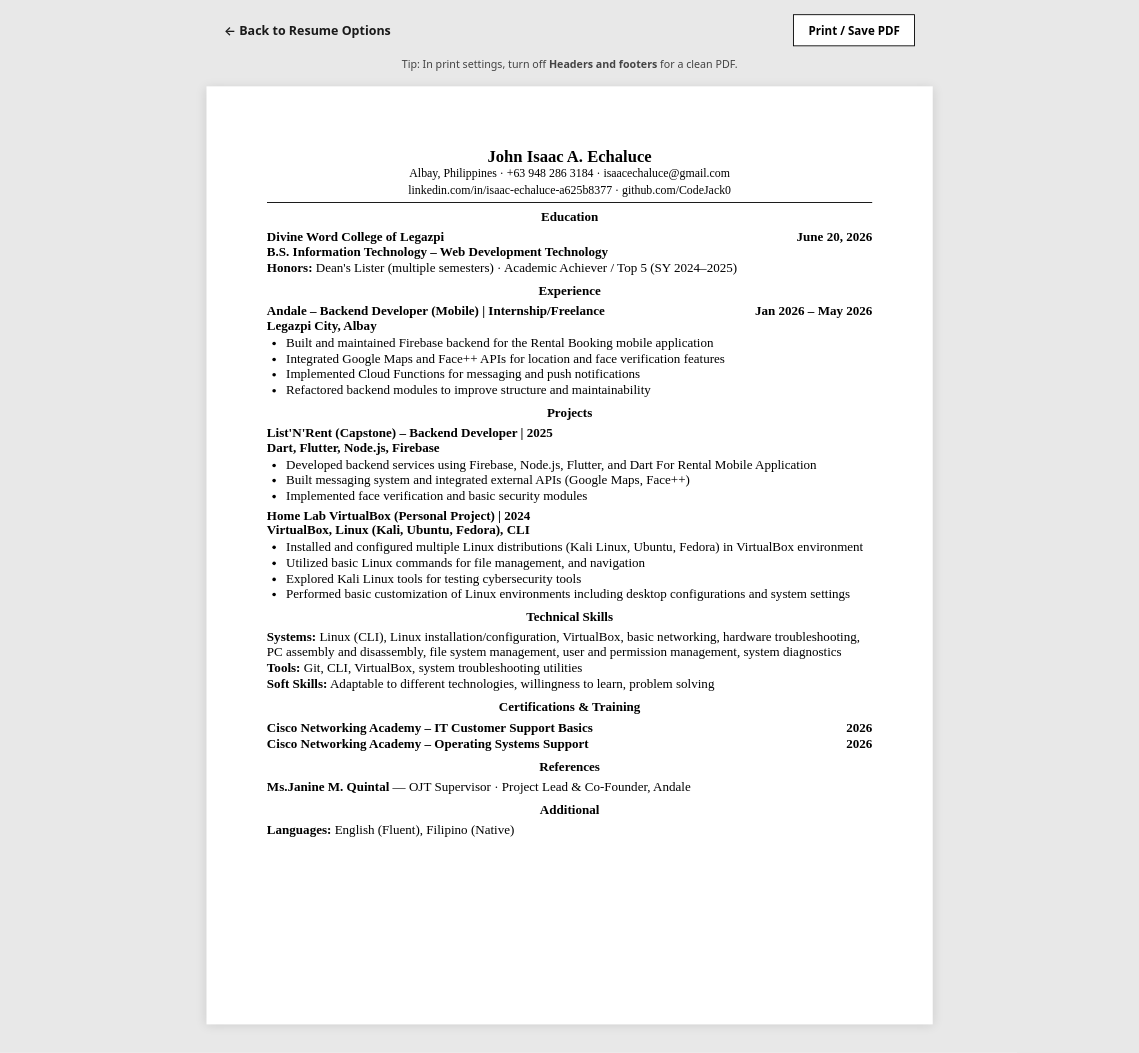
Repository: CodeJack0/Professional_Portfolio
Page: pages/resume_networking.html
An editor plug-in stored every save of this project. The page is shown before and after the next save, followed by the edit.
The browser window is 1280 px wide. The pictures show the whole page, at 89% of full size.

Above is the page before, as saved 2026-06-04 14:00:21.

### pages/resume_networking.html
<!DOCTYPE html>
<html lang="en">
<head>
  <meta charset="UTF-8" />
  <meta name="viewport" content="width=device-width, initial-scale=1.0" />
  <meta name="description" content="Resume / CV — John Isaac A. Echaluce, IT Graduate" />
  <title>Resume</title>
  <link rel="stylesheet" href="../css/resume.css" />
</head>
<body class="resume-page">
  <div class="resume-toolbar no-print">
    <a href="resumes.html" class="toolbar-link">← Back to Resume Options</a>
    <button type="button" class="toolbar-btn" onclick="printResume()">Print / Save PDF</button>
    <p class="print-hint no-print">Tip: In print settings, turn off <strong>Headers and footers</strong> for a clean PDF.</p>
  </div>

  <article class="resume-document" aria-label="Resume">
    <header class="resume-header">
      <h1 class="resume-name">John Isaac A. Echaluce</h1>
      <p class="resume-contact-line">
        Albay, Philippines · <a href="tel:+639482863184">+63 948 286 3184</a> ·
        <a href="mailto:isaacechaluce@gmail.com">isaacechaluce@gmail.com</a>
      </p>
      <p class="resume-contact-line resume-contact-line--links">
        <a href="https://www.linkedin.com/in/isaac-echaluce-a625b8377/" rel="noopener noreferrer">linkedin.com/in/isaac-echaluce-a625b8377</a> ·
        <a href="https://github.com/CodeJack0" rel="noopener noreferrer">github.com/CodeJack0</a>
      </p>
    </header>

    <main class="resume-content">
      <section class="resume-section">
        <h2 class="resume-section-title">Education</h2>

        <div class="entry">
          <div class="entry-row">
            <span class="entry-left"><strong>Divine Word College of Legazpi</strong></span>
            <span class="entry-right">June 20, 2026</span>
          </div>
          <div class="entry-row entry-row--sub">
            <span class="entry-left">B.S. Information Technology – Web Development Technology</span>
          </div>
          <p class="honors-line">
            <strong>Honors:</strong> Dean's Lister (multiple semesters) · Academic Achiever / Top 5 (SY 2024–2025)
          </p>
        </div>
      </section>

      <section class="resume-section">
        <h2 class="resume-section-title">Experience</h2>

        <div class="entry">
          <div class="entry-row">
            <span class="entry-left"><strong>Andale</strong> – Backend Developer (Mobile) | Internship/Freelance</span>
            <span class="entry-right">Jan 2026 – May 2026</span>
          </div>
          <div class="entry-row entry-row--sub">
            <span class="entry-left">Legazpi City, Albay</span>
          </div>
          <ul class="resume-list">
            <li>Built and maintained Firebase backend for the Rental Booking mobile application</li>
            <li>Integrated Google Maps and Face++ APIs for location and face verification features</li>
            <li>Implemented Cloud Functions for messaging and push notifications</li>
            <li>Refactored backend modules to improve structure and maintainability</li>
          </ul>
        </div>
      </section>

      <section class="resume-section">
        <h2 class="resume-section-title">Projects</h2>

        <div class="entry">
          <div class="entry-row">
            <span class="entry-left"><strong>List'N'Rent</strong> (Capstone) – Backend Developer | 2025</span>
            <span class="entry-right"></span>
          </div>
          <div class="entry-row entry-row--sub">
            <span class="entry-left">Dart, Flutter, Node.js, Firebase</span>
          </div>
          <ul class="resume-list">
            <li>Developed backend services using Firebase, Node.js, Flutter, and Dart For Rental Mobile Application</li>
            <li>Built messaging system and integrated external APIs (Google Maps, Face++)</li>
            <li>Implemented face verification and basic security modules</li>
          </ul>
        </div>

        <div class="entry">
          <div class="entry-row">
            <span class="entry-left"><strong>Home Lab VirtualBox</strong> (Personal Project) | 2024</span>
            <span class="entry-right"></span>
          </div>
          <div class="entry-row entry-row--sub">
            <span class="entry-left">VirtualBox, Linux (Kali, Ubuntu, Fedora), CLI</span>
          </div>
          <ul class="resume-list">
            <li>Installed and configured multiple Linux distributions (Kali Linux, Ubuntu, Fedora) in VirtualBox environment</li>
            <li>Utilized basic Linux commands for  file management, and navigation</li>
            <li>Explored Kali Linux tools for testing cybersecurity tools</li>
            <li>Performed basic customization of Linux environments including desktop configurations and system settings</li>
          </ul>
        </div>


      <section class="resume-section">
        <h2 class="resume-section-title">Technical Skills</h2>
        <p class="skills-line"><strong>Systems:</strong> Linux (CLI), Linux installation/configuration, VirtualBox, basic networking, hardware troubleshooting, PC assembly and disassembly, file system management, user and permission management, system diagnostics</p>
        <p class="skills-line"><strong>Tools:</strong> Git, CLI, VirtualBox, system troubleshooting utilities</p>
        <p class="skills-line"><strong>Soft Skills:</strong> Adaptable to different technologies, willingness to learn, problem solving</p>
      </section>

      <section class="resume-section">
        <h2 class="resume-section-title">Certifications & Training</h2>

        <div class="entry entry--compact">
          <div class="entry-row">
            <span class="entry-left">Cisco Networking Academy – IT Customer Support Basics</span>
            <span class="entry-right">2026</span>
          </div>
        </div>

        <div class="entry entry--compact">
          <div class="entry-row">
            <span class="entry-left">Cisco Networking Academy – Operating Systems Support</span>
            <span class="entry-right">2026</span>
          </div>
        </div>
      </section>

      <section class="resume-section resume-section--combined">
        <div class="resume-two-col">
          <div>
            <h2 class="resume-section-title">References</h2>
            <p class="skills-line"><strong>Ms.Janine M. Quintal</strong> — OJT Supervisor · Project Lead &amp; Co-Founder, Andale</p>
          </div>
          <div>
            <h2 class="resume-section-title">Additional</h2>
            <p class="skills-line"><strong>Languages:</strong> English (Fluent), Filipino (Native)</p>
          </div>
        </div>
      </section>
    </main>
  </article>
  <script src="../js/resume-print.js"></script>
</body>
</html>

### css/resume.css
/* Harvard-style resume + clean print (no browser header/footer band) */

:root {
  --resume-page-width: 216mm;
  --resume-page-height: 279mm;
  --resume-page-margin: 18mm;
}

*,
*::before,
*::after {
  box-sizing: border-box;
}

body.resume-page {
  margin: 0;
  font-family: "Times New Roman", Times, Georgia, serif;
  font-size: 11pt;
  line-height: 1.15;
  color: #000;
  background: #e8e8e8;
  -webkit-font-smoothing: antialiased;
}

/* —— Toolbar (screen only) —— */
.resume-toolbar {
  display: flex;
  flex-wrap: wrap;
  align-items: center;
  justify-content: space-between;
  max-width: var(--resume-page-width);
  margin: 0 auto;
  padding: 1rem 1.25rem;
  gap: 0.75rem 1rem;
  font-family: system-ui, -apple-system, sans-serif;
  line-height: 1.4;
}

.toolbar-link {
  font-size: 0.875rem;
  font-weight: 600;
  color: #1a1a1a;
  text-decoration: none;
}

.toolbar-link:hover {
  text-decoration: underline;
}

.toolbar-btn {
  font-family: inherit;
  font-size: 0.8125rem;
  font-weight: 600;
  padding: 0.5rem 1rem;
  border: 1px solid #000;
  border-radius: 0;
  background: #fff;
  color: #000;
  cursor: pointer;
}

.toolbar-btn:hover {
  background: #f5f5f5;
}

.print-hint {
  flex: 1 1 100%;
  margin: 0;
  font-size: 0.75rem;
  color: #444;
  text-align: center;
}

/* —— Page (screen preview matches print margins) —— */
.resume-document {
  width: 100%;
  max-width: var(--resume-page-width);
  min-height: var(--resume-page-height);
  margin: 0 auto 2rem;
  padding: var(--resume-page-margin);
  background: #fff;
  box-shadow: 0 2px 12px rgba(0, 0, 0, 0.12);
}

/* —— Harvard header: name, rule, centered contact —— */
.resume-header {
  text-align: center;
  margin-bottom: 0;
}

.resume-name {
  font-size: 14pt;
  font-weight: 700;
  margin: 0;
  padding: 0;
  letter-spacing: normal;
  text-transform: none;
  line-height: 1.2;
}

.resume-header::after {
  content: "";
  display: block;
  width: 100%;
  border: none;
  border-top: 1px solid #000;
  margin: 0.3rem 0 0.35rem;
}

.resume-tagline,
.resume-summary {
  margin: 0.2rem 0 0;
  font-size: 10pt;
  line-height: 1.2;
  text-align: center;
}

.resume-contact-line {
  margin: 0;
  font-size: 10pt;
  line-height: 1.25;
  text-align: center;
}

.resume-contact-line--links {
  margin-top: 0.12rem;
}

.resume-contact-line a {
  color: inherit;
  text-decoration: none;
}

.resume-contact-line a:hover {
  text-decoration: underline;
}

/* —— Centered section headings (Harvard: no rule, no all-caps) —— */
.resume-content {
  margin: 0;
}

.resume-section {
  margin-bottom: 0.35rem;
}

.resume-section:last-child {
  margin-bottom: 0;
}

.resume-section-title {
  font-size: 11pt;
  font-weight: 700;
  text-align: center;
  text-transform: none;
  letter-spacing: normal;
  margin: 0.55rem 0 0.35rem;
  padding: 0;
  border: none;
}

.resume-section:first-child .resume-section-title {
  margin-top: 0.45rem;
}

/* —— Split rows: bold org/location and title/dates —— */
.entry {
  margin-bottom: 0.3rem;
}

.entry:last-child {
  margin-bottom: 0;
}

.entry--compact {
  margin-bottom: 0.15rem;
}

.entry-row {
  display: flex;
  justify-content: space-between;
  align-items: baseline;
  gap: 0.75rem;
  width: 100%;
}

.entry-row--sub {
  margin-top: 0;
}

.entry-left {
  flex: 1;
  min-width: 0;
  text-align: left;
}

.entry-right {
  flex-shrink: 0;
  white-space: nowrap;
  text-align: right;
  font-size: 11pt;
  font-weight: 700;
}

.entry-row:not(.entry-row--sub) .entry-left,
.entry-row:not(.entry-row--sub) .entry-right {
  font-weight: 700;
}

.entry-row--sub .entry-left {
  font-weight: 700;
}

.honors-line,
.entry-note {
  margin: 0.1rem 0 0;
  font-size: 11pt;
  font-weight: 400;
  font-style: normal;
  line-height: 1.15;
  text-align: left;
}

.honors-line strong,
.entry-note strong {
  font-weight: 700;
}

/* —— Bullets —— */
.resume-list {
  margin: 0.12rem 0 0;
  padding-left: 1.35rem;
  list-style-type: disc;
  list-style-position: outside;
}

.resume-list li {
  margin: 0;
  padding: 0;
  line-height: 1.15;
}

.resume-list li + li {
  margin-top: 0.05rem;
}

.resume-list--plain {
  list-style-type: disc;
  padding-left: 1.35rem;
}

/* —— Skills: bold label + colon —— */
.skills-line {
  margin: 0.08rem 0 0;
  text-align: left;
  line-height: 1.15;
}

.skills-line:first-of-type {
  margin-top: 0.05rem;
}

.skills-line strong {
  font-weight: 700;
}

.skills-line--muted {
  font-style: italic;
}

.skills-grid {
  display: block;
  margin-top: 0.05rem;
}

.skills-grid .resume-list {
  margin: 0.08rem 0 0;
  padding-left: 1.35rem;
}

/* References / Additional — stacked Harvard sections */
.resume-section--combined {
  margin-bottom: 0;
}

.resume-two-col {
  display: block;
}

.resume-two-col .resume-section-title {
  margin-top: 0.55rem;
}

.resume-two-col > div:first-child .resume-section-title {
  margin-top: 0.55rem;
}

.resume-section--inline .skills-line {
  margin-top: 0.08rem;
}

.entry-right:empty {
  display: none;
}

/* —— Screen responsive —— */
@media (max-width: 640px) {
  .resume-document {
    min-height: auto;
    padding: 1rem;
  }

  .resume-contact-line {
    font-size: 9.5pt;
  }

  .entry-row {
    flex-wrap: wrap;
    gap: 0.15rem;
  }

  .entry-right {
    white-space: normal;
    text-align: left;
    width: 100%;
  }
}

/* —— Print: no browser header/footer; same inset as screen —— */
@media print {
  @page {
    size: letter;
    margin: 0;
  }

  html,
  body.resume-page {
    margin: 0;
    padding: 0;
    background: #fff;
    font-size: 11pt;
    line-height: 1.15;
  }

  .no-print {
    display: none !important;
  }

  .resume-document {
    max-width: none;
    min-height: auto;
    margin: 0;
    padding: var(--resume-page-margin);
    box-shadow: none;
  }

  .resume-contact-line a,
  a {
    color: #000;
    text-decoration: none;
  }

  .entry,
  .resume-section {
    break-inside: avoid;
  }
}

### js/resume-print.js
/**
 * Clean print/PDF: clears page title so browser header shows less text.
 * Pair with @page { margin: 0 } in resume.css and disable "Headers and footers" in print dialog.
 */
(function () {
  let savedTitle = document.title;

  function preparePrint() {
    savedTitle = document.title;
    document.title = " ";
  }

  function restorePrint() {
    if (savedTitle) {
      document.title = savedTitle;
    }
  }

  window.addEventListener("beforeprint", preparePrint);
  window.addEventListener("afterprint", restorePrint);

  window.printResume = function () {
    preparePrint();
    window.print();
    setTimeout(restorePrint, 1500);
  };
})();

After the next save:
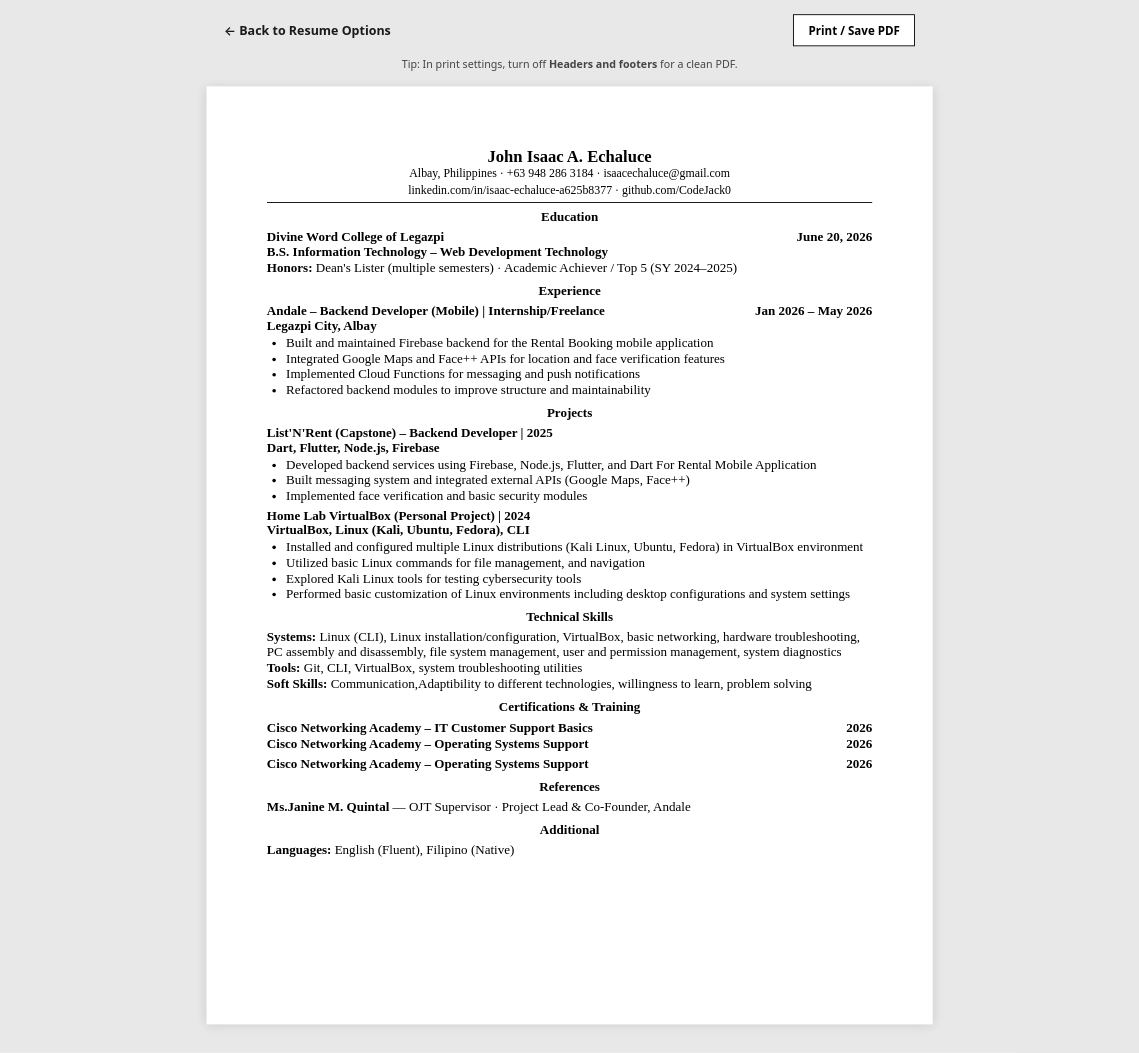
Saved 3 min 11 s later.
--- a/pages/resume_networking.html
+++ b/pages/resume_networking.html
@@ -104,7 +104,7 @@
         <h2 class="resume-section-title">Technical Skills</h2>
         <p class="skills-line"><strong>Systems:</strong> Linux (CLI), Linux installation/configuration, VirtualBox, basic networking, hardware troubleshooting, PC assembly and disassembly, file system management, user and permission management, system diagnostics</p>
         <p class="skills-line"><strong>Tools:</strong> Git, CLI, VirtualBox, system troubleshooting utilities</p>
-        <p class="skills-line"><strong>Soft Skills:</strong> Adaptable to different technologies, willingness to learn, problem solving</p>
+        <p class="skills-line"><strong>Soft Skills:</strong> Communication,Adaptibility to different technologies, willingness to learn, problem solving</p>
       </section>
 
       <section class="resume-section">
@@ -118,6 +118,13 @@
         </div>
 
         <div class="entry entry--compact">
+          <div class="entry-row">
+            <span class="entry-left">Cisco Networking Academy – Operating Systems Support</span>
+            <span class="entry-right">2026</span>
+          </div>
+        </div>
+      </section>
+       <div class="entry entry--compact">
           <div class="entry-row">
             <span class="entry-left">Cisco Networking Academy – Operating Systems Support</span>
             <span class="entry-right">2026</span>
